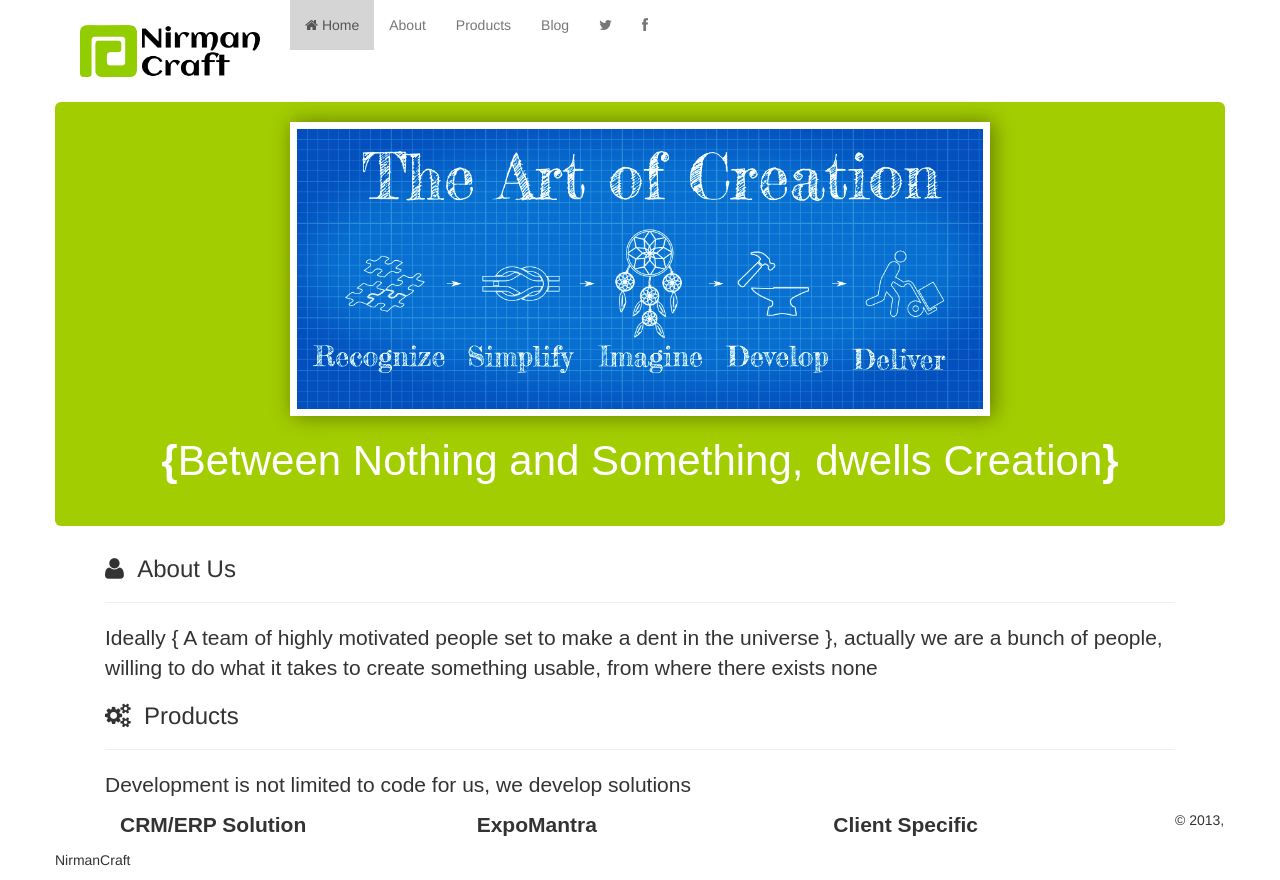
Repository: MeShreyas/NirmanCraftWebsite
Page: NirmanCraft/index.html
The author's editor kept a copy of each file at every save. The page is drawn from the files as they stood at one save, then again after the next save.
The browser window is 1280 px wide. The pictures show the whole page.
Some web fonts or font styles are not loaded; a fallback is used.

Above is the page before, as saved 2013-10-07 12:50:38.
Console error: ReferenceError: jQuery is not defined

### NirmanCraft/index.html
<!DOCTYPE html>
<html lang="en">
	<head>
		<meta charset="utf-8">

		<!-- Always force latest IE rendering engine (even in intranet) & Chrome Frame
		Remove this if you use the .htaccess -->
		<meta http-equiv="X-UA-Compatible" content="IE=edge,chrome=1">

		<title>Nirman Craft</title>
		<meta name="description" content="">
		<meta name="author" content="Shreyas">

		<meta name="viewport" content="width=device-width; initial-scale=1.0">

		<!-- Replace favicon.ico & apple-touch-icon.png in the root of your domain and delete these references -->
		<link rel="shortcut icon" href="/favicon.ico">
		<link rel="stylesheet" href="css/bootstrap.min.css">
		<link rel="apple-touch-icon" href="/apple-touch-icon.png">
		<link rel="stylesheet" href="font-awesome/css/font-awesome.min.css"/>
		<style type="text/css">
				.title-text {
					font-family: 'Strait', sans-serif;
					font-size: 2em;
					color: #FFFFFF;
				}

				.header-text {
					font-family: 'Strait', sans-serif;
					font-size: 1.5em;
					color:#333333;
				}
			</style>
	</head>

	<body>
		<div class="container">
			<header class="navbar" style="background-color: #FFFFFF;margin-bottom:0px">
				<div class="container">
					<div class="navbar-header">
						<a class="navbar-brand" href="../"><img src="images/nclogo.png" width="200px" style="padding:10px"/></a>
					</div>
					<div>
						<ul class="nav navbar-nav container" >
							<li class="active">
								<a href="../getting-started"><i class="icon-home"></i>&nbsp;Home</a>
							</li>
							<li>
								<a href="../css">About</a>
							</li>
							<li>
								<a href="../components">Products</a>
							</li>
							<li>
								<a href="../javascript">Blog</a>
							</li>
							<li>
								<a href="../customize"><i class="icon-twitter"></i></a>
							</li>
							<li>
								<a href="../customize"><i class="icon-facebook"></i></a>
							</li>
						</ul>
					</div>
				</div>
			</header>

			<div class="jumbotron" style="padding:20px 0px;margin-top:0px;background-color: #A2CD00">
				<div class="container title-text">
					<center>
						<img src="images/finalbanner.png" width="700px" style="border:7px solid #FFFFFF;box-shadow: 3px 0px 20px rgba(0,0,0,0.4)"/>
						<br/>
						<strong>{</strong>Between Nothing and Something, dwells Creation<strong>}</strong>
					</center>
				</div>
			</div>
			<div class=" header-text" style="padding:0 50px">
				<h3><i class="icon-user"></i>&nbsp;&nbsp;About Us</h3><hr>
				<div>

					<p>
					Ideally { A team of highly motivated people set to make a dent in the universe }, actually we are a bunch
					of people, willing to do what it takes to create something usable, from where there exists none
					</p>
				</div>
			</div>
			<div class="header-text" style="padding:0 50px">
				<h3><i class="icon-cogs"></i>&nbsp;&nbsp;Products</h3><hr>
				<div>
					<p>Development is not limited to code for us, we develop solutions</p>
					<div class="col-lg-4">
						<p><strong>CRM/ERP Solution</strong></p>
					</div>
					<div class="col-lg-4">
						<p><strong>ExpoMantra</strong></p>
					</div>
					<div class="col-lg-4">
						<p><strong>Client Specific </strong></p>
					</div>

				</div>
			</div>
			<footer>
				<p>
					&copy; 2013, NirmanCraft
				</p>
			</footer>
		</div>
		<script src="js/bootstrap.min.js" type="text/javascript" charset="utf-8"></script>
		<link href='http://fonts.googleapis.com/css?family=Strait' rel='stylesheet' type='text/css'>
	</body>
</html>

Loaded but not shown: NirmanCraft/css/bootstrap.min.css (library); NirmanCraft/font-awesome/css/font-awesome.min.css (library); NirmanCraft/js/bootstrap.min.js (library)

After the next save:
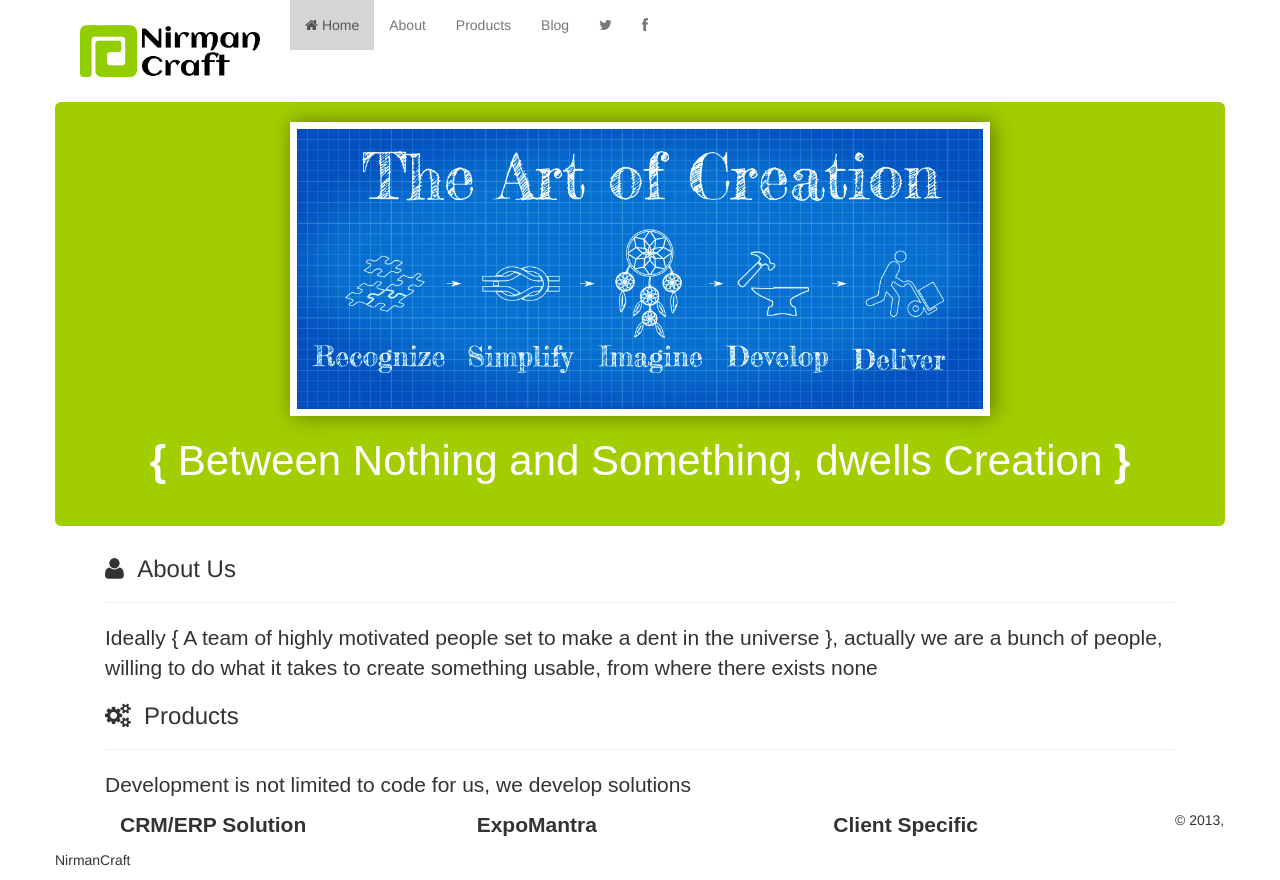
Saved 11 s later.
--- a/NirmanCraft/index.html
+++ b/NirmanCraft/index.html
@@ -70,7 +70,7 @@
 					<center>
 						<img src="images/finalbanner.png" width="700px" style="border:7px solid #FFFFFF;box-shadow: 3px 0px 20px rgba(0,0,0,0.4)"/>
 						<br/>
-						<strong>{</strong>Between Nothing and Something, dwells Creation<strong>}</strong>
+						<strong>{&nbsp;</strong>Between Nothing and Something, dwells Creation<strong>&nbsp;}</strong>
 					</center>
 				</div>
 			</div>
